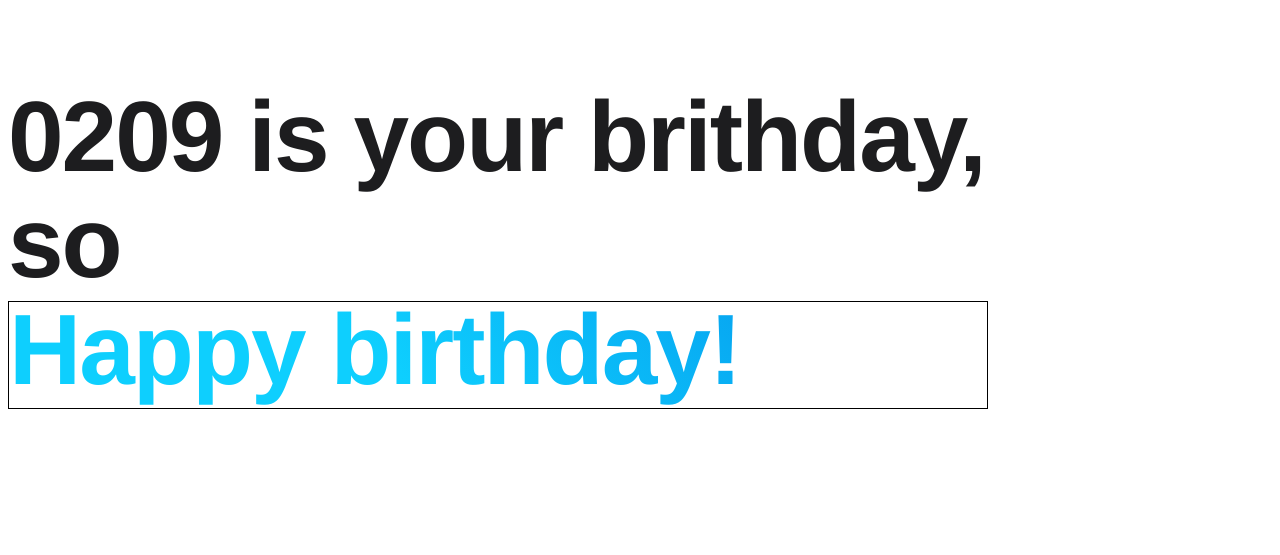
Repository: Caococos/02-09
Page: /
These files come from the project's save history. The page is drawn as it stood at one moment and after the next save; the edit follows.
The browser window is 1280 px wide. The pictures show the whole page.
The project was rebuilt for these pictures with package versions that can differ from the ones it lists, and the page was loaded fresh each time. Also part of the build but not shown: vue.config.js.

Above is the page before, as saved 2021-06-11 22:24:20.

### src/main.js
/*
 * @Descripttion:
 * @version: 1.0
 * @Author: Zhihaot1
 * @Date: 2021-06-11 21:03:51
 * @LastEditors: Zhihaot1
 * @LastEditTime: 2021-06-11 22:08:57
 */
import Vue from 'vue'
import App from './App.vue'
import router from './router'

Vue.config.productionTip = false
import "assets/css/index.css";
new Vue({
  router,
  render: h => h(App)
}).$mount('#app')

### src/App.vue
<!--
 * @Descripttion:
 * @version: 1.0
 * @Author: Zhihaot1
 * @Date: 2021-06-11 21:03:51
 * @LastEditors: Zhihaot1
 * @LastEditTime: 2021-06-11 21:30:25
-->
<template>
  <div id="app">
    <router-view />
  </div>
</template>

<style>
</style>

### src/router/index.js
/*
 * @Descripttion:
 * @version: 1.0
 * @Author: Zhihaot1
 * @Date: 2021-06-11 21:03:51
 * @LastEditors: Zhihaot1
 * @LastEditTime: 2021-06-11 21:34:08
 */
import Vue from 'vue'
import VueRouter from 'vue-router'
import Home from 'views/home/Home.vue'

Vue.use(VueRouter)

const routes = [
  {
    path: '',
    redirect: '/home'
  },
  {
    path: '/home',
    name: 'Home',
    component: Home
  },
  // {
  //   path: '/about',
  //   name: 'About',
  //   // route level code-splitting
  //   // this generates a separate chunk (about.[hash].js) for this route
  //   // which is lazy-loaded when the route is visited.
  //   component: () => import(/* webpackChunkName: "about" */ '../views/About.vue')
  // }
]

const router = new VueRouter({
  mode: 'history',
  base: process.env.BASE_URL,
  routes
})

export default router

### src/assets/css/index.css
:root {
  --offset: 6px;
}

### src/views/home/Home.vue
<template>
  <div class="home">
    <h2>0209 is your brithday, so
      <div class="mask">
        <span data-show>Happy birthday!</span>
        <span>С днем рождения!</span>
        <span>생일 축하합니다!</span>
        <span>誕生日おめでと!</span>
      </div>
    </h2>
  </div>
</template>

<script>

export default {
  name: 'Home',
  mounted() {
    // this.move()
  },
  methods: {
    move() {
      setInterval(function () {
        const show = document.querySelector('span[data-show]')
        const next = show.nextElementSibling || document.querySelector('span:first-child')
        const up = document.querySelector('span[data-up]')

        if (up) {
          up.removeAttribute('data-up')
        }
        show.removeAttribute('data-show')
        show.setAttribute('data-up', '')

        next.setAttribute('data-show', '')
      }, 2000)
    }
  }
}
</script>
<style scoped>
h2 {
  width: 980px;
  font-size: 100px;
  font-family: Helvetica;
  line-height: 1.06;
  letter-spacing: -0.02em;
  color: #1d1d1f;
}

.mask {
  margin-top: var(--offset);
  height: 106px;
  position: relative;
  overflow: hidden;
  border: 1px solid #000;
}

.mask span {
  display: block;
  margin-top: var(--offset);
  padding-bottom: var(--offset);
  box-sizing: border-box;
  position: absolute;
  top: 100px;

  background-size: 100% 100%;
  -webkit-background-clip: text;
  background-clip: text;
  -webkit-text-fill-color: transparent;
  background-repeat: no-repeat;
}

.mask span[data-show] {
  transform: translateY(-100%);
  transition: 0.5s transform ease-in-out;
}

.mask span[data-up] {
  transform: translateY(-200%);
  transition: 0.5s transform ease-in-out;
}

.mask span:nth-child(1) {
  background-image: linear-gradient(45deg, #0ecffe 50%, #07a6f1);
}

.mask span:nth-child(2) {
  background-image: linear-gradient(45deg, #18e198 50%, #0ec15d);
}

.mask span:nth-child(3) {
  background-image: linear-gradient(45deg, #8a7cfb 50%, #633e9c);
}

.mask span:nth-child(4) {
  background-image: linear-gradient(45deg, #fa7671 50%, #f45f7f);
}
</style>

Loaded but not shown: public/index.html (common file)

After the next save:
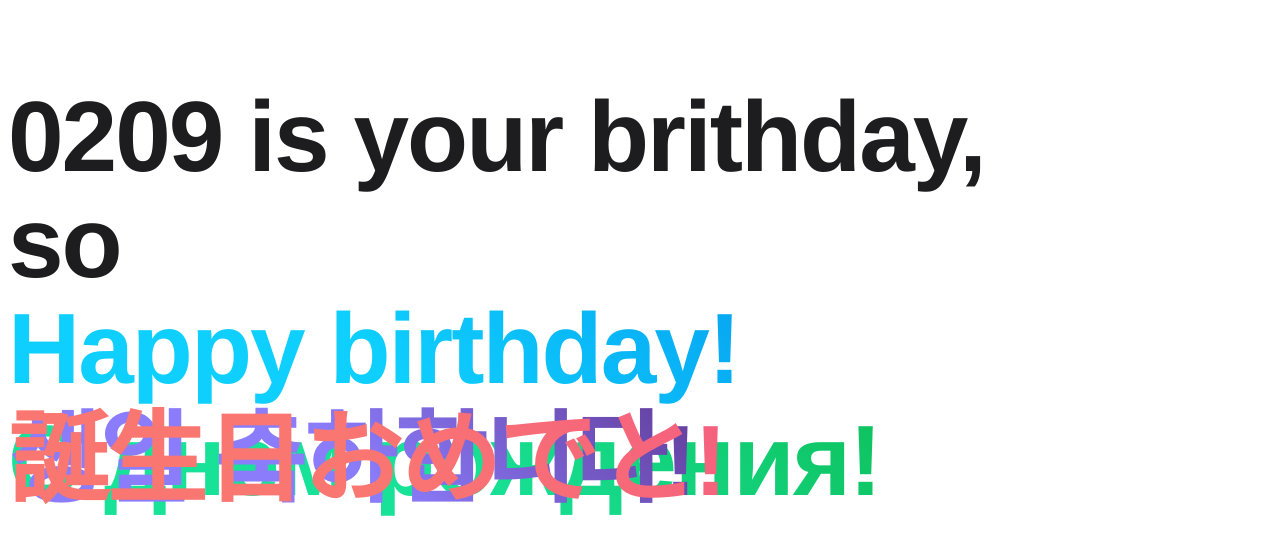
Saved 34 s later.
--- a/src/views/home/Home.vue
+++ b/src/views/home/Home.vue
@@ -51,8 +51,7 @@ h2 {
   margin-top: var(--offset);
   height: 106px;
   position: relative;
-  overflow: hidden;
-  border: 1px solid #000;
+  /* overflow: hidden; */
 }
 
 .mask span {
